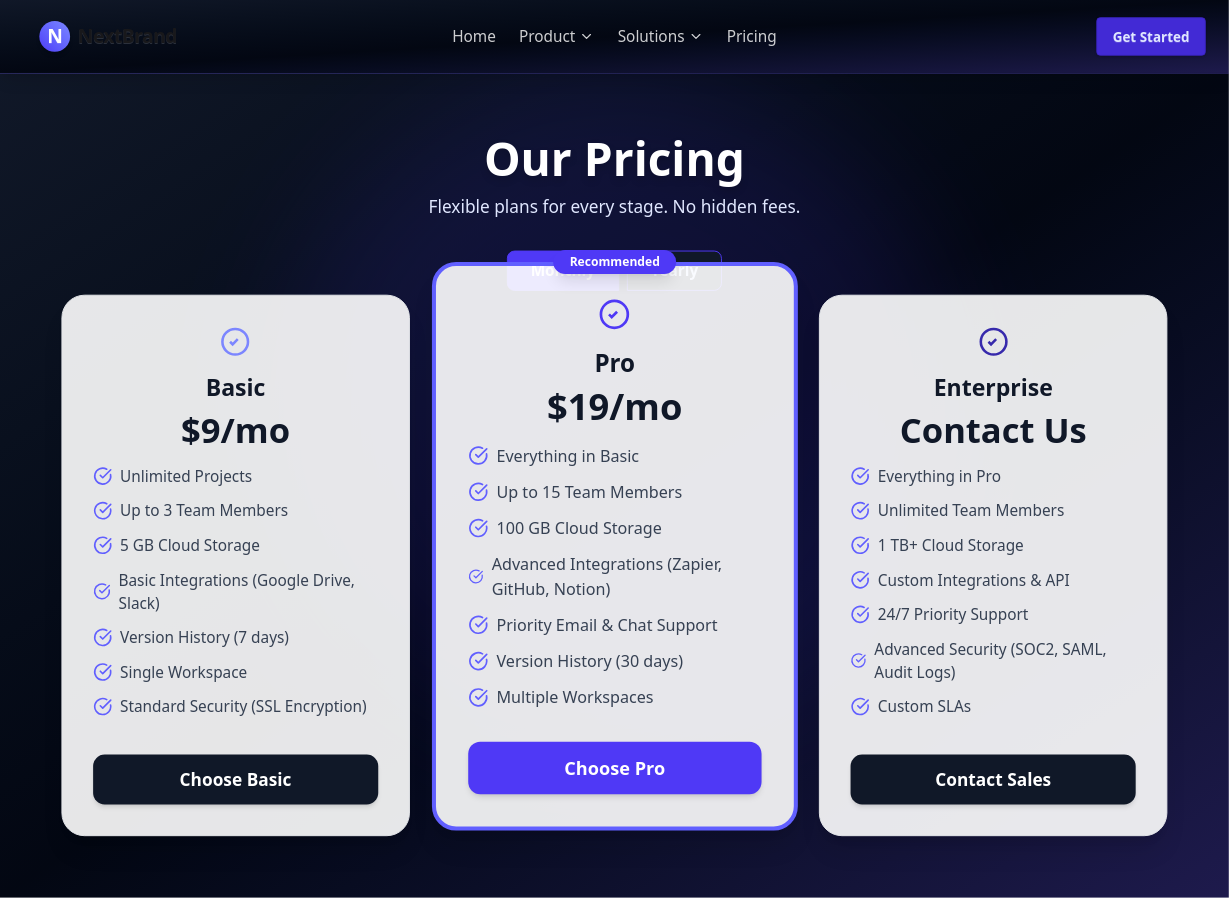
Repository: Chiranshukapil/Next_Brand
Page: /pricing
An editor plug-in stored every save of this project. The page is shown before and after the next save, followed by the edit.
The browser window is 1280 px wide. The pictures show the whole page, at 96% of full size.
The project was rebuilt for these pictures with package versions that can differ from the ones it lists, and the page was loaded fresh each time. Also part of the build but not shown: vite.config.js.

Above is the page before, as saved 2025-06-18 12:42:23.

After the next save:
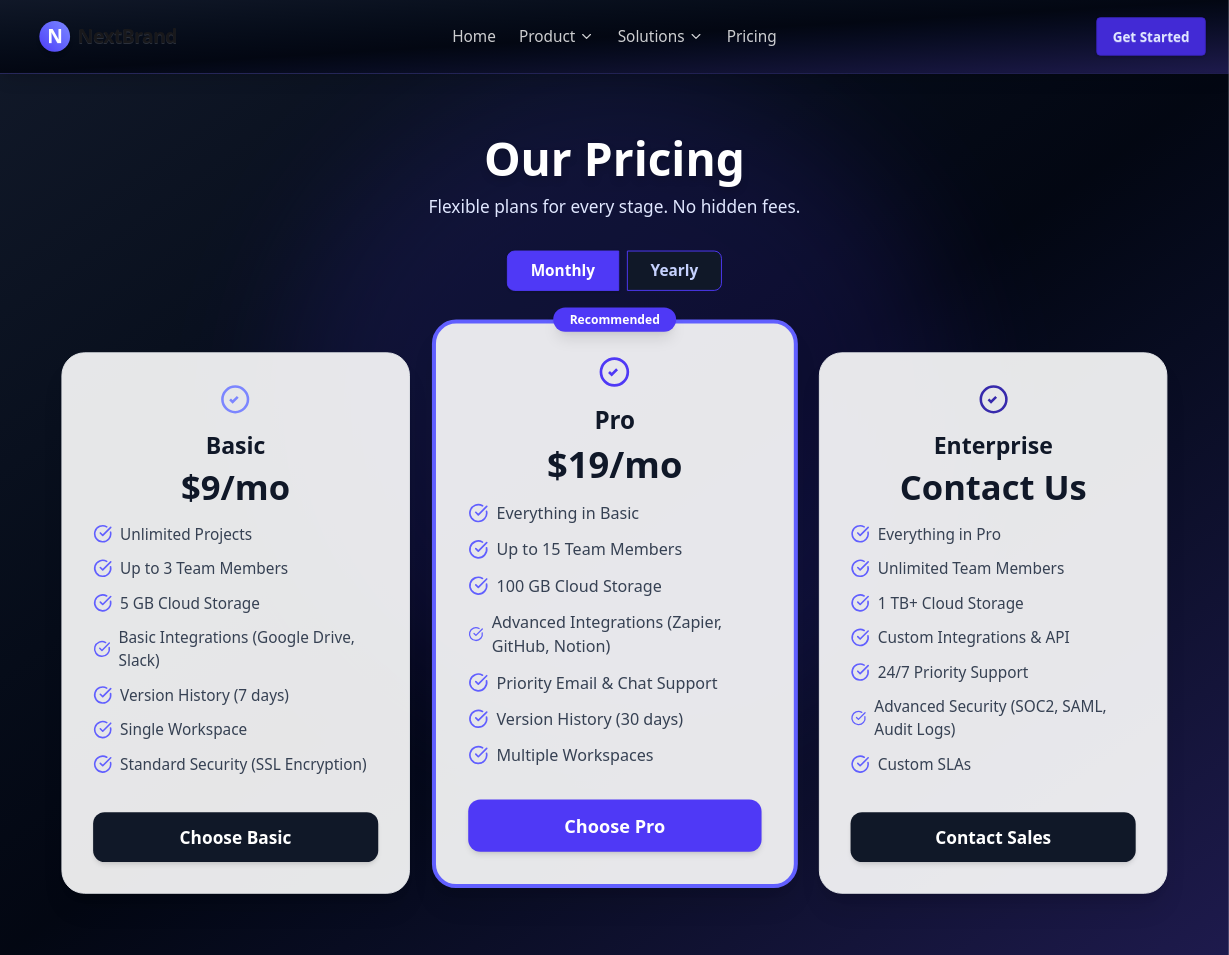
Saved 4 s later.
--- a/src/Components/PricingSection.jsx
+++ b/src/Components/PricingSection.jsx
@@ -87,7 +87,7 @@ export default function PricingSection() {
           Flexible plans for every stage. No hidden fees.
         </p>
 
-        <div className="flex justify-center mb-6 md:mb-1 gap-2">
+        <div className="flex justify-center mb-6 md:mb-16 gap-2">
           <button
             className={`px-4 py-2 md:px-6 md:py-2 rounded-l-lg font-semibold transition-colors duration-200 hover:cursor-pointer border border-indigo-600 focus:outline-none text-sm md:text-base ${
               billing === "monthly"
